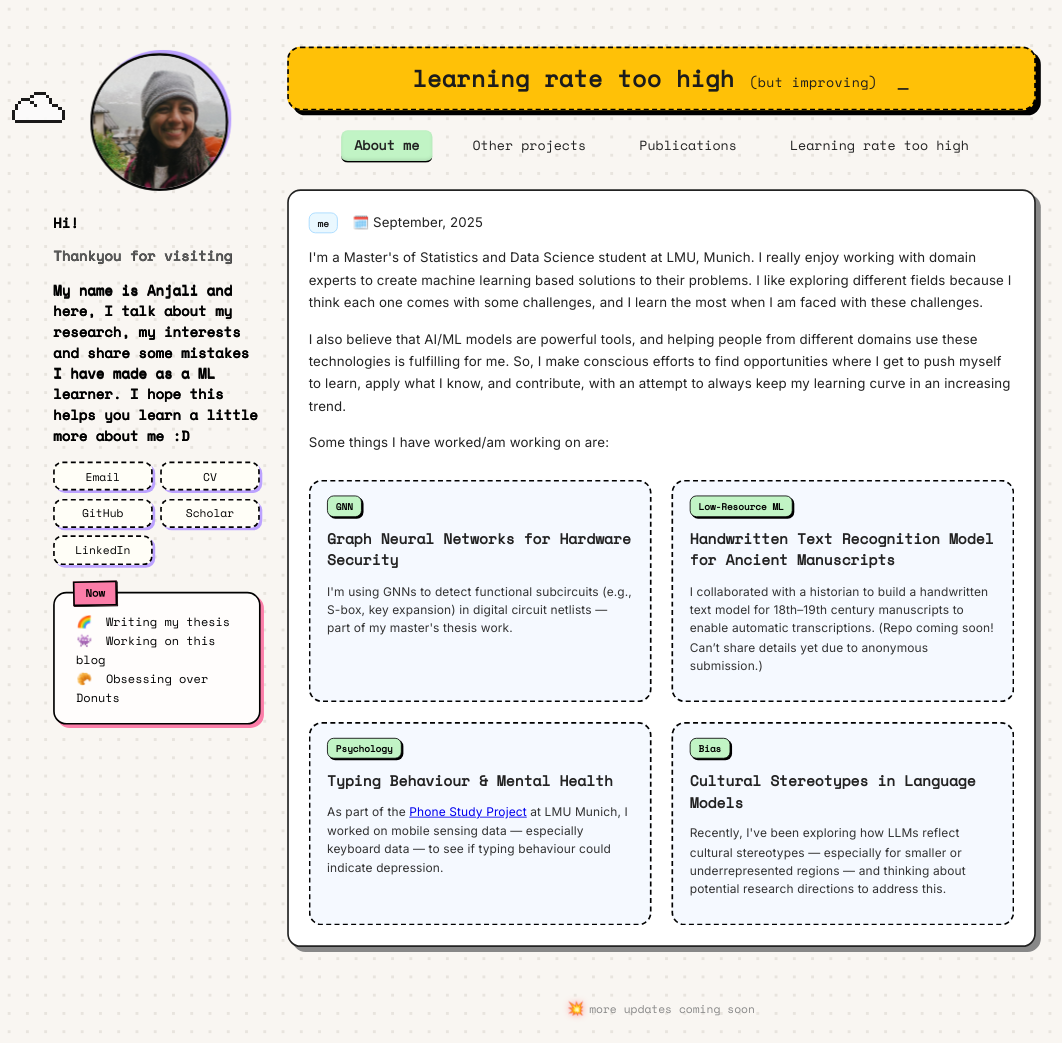
Repository: anjalisarawgi/learning_rate_too_high
Page: index.html
An editor plug-in stored every save of this project. The page is shown before and after the next save, followed by the edit.
The browser window is 1280 px wide. The pictures show the whole page, at 83% of full size.

Above is the page before, as saved 2025-11-04 16:51:50.

After the next save:
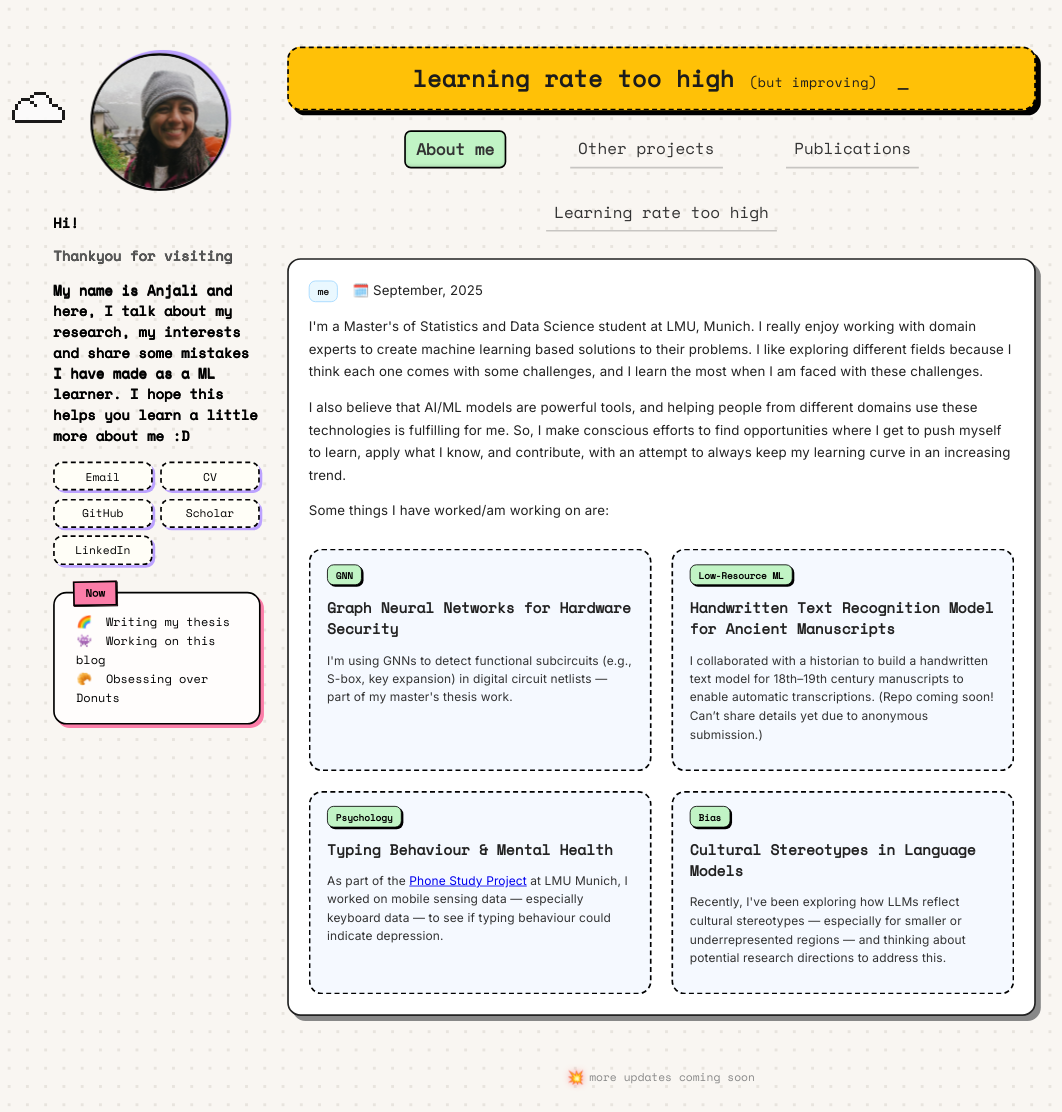
Saved 11 s later.
--- a/index.html
+++ b/index.html
@@ -63,8 +63,8 @@
       flex-wrap: wrap;
     }
 
-    nav a {
-  /* margin: 0 1.2rem; */
+nav a {
+  margin: 0 1.2rem;
   padding: 0.4rem 1rem;
   border-bottom: 2px solid transparent;
   font-family: 'Space Mono', monospace;
@@ -81,7 +81,31 @@ nav a.active {
   border-bottom: 2px solid #000;
   font-weight: bold;
 }
-
+nav a {
+  display: inline-block;
+  margin: 0 1.4rem;
+  padding: 0.4rem 0.6rem;
+  font-family: 'Space Mono', monospace;
+  font-size: 1.2rem;
+  color: #333;
+  text-decoration: none;
+  border-bottom: 2px solid rgba(0, 0, 0, 0.2); /* subtle baseline */
+  transition: all 0.2s ease;
+}
+
+nav a:hover {
+  border-bottom: 2px solid #000;
+  color: #000;
+}
+
+nav a.active {
+  background-color: #b7f5b3;
+  border: 2px solid #000;
+  border-radius: 10px;
+  border-bottom: 2px solid #000; /* keeps consistent bottom line */
+  padding: 0.4rem 0.8rem;
+  box-shadow: 3px 3px 0 #00000020;
+}
 
 nav a.active {
   background: #C1F4C5; /* light green */
